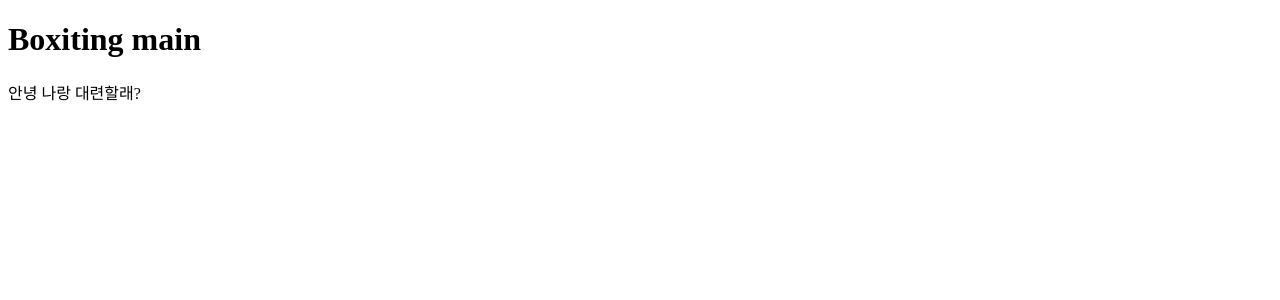
Repository: zeratool0207/boxiting
Page: index.html
An editor plug-in stored every save of this project. The page is shown before and after the next save, followed by the edit.
The browser window is 1280 px wide. The pictures show the whole page.

Above is the page before, as saved 2022-05-15 15:05:20.

After the next save:
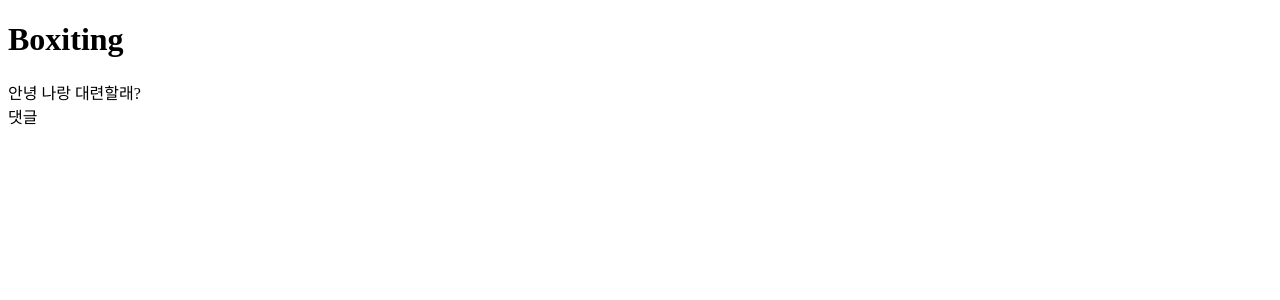
Saved 12 min 3 s later.
--- a/index.html
+++ b/index.html
@@ -7,7 +7,8 @@
     <title>Document</title>
 </head>
 <body>
-    <h1>Boxiting main</h1>
+    <h1>Boxiting</h1>
     <div>안녕 나랑 대련할래?</div>
+    <div>댓글</div>
 </body>
 </html>
